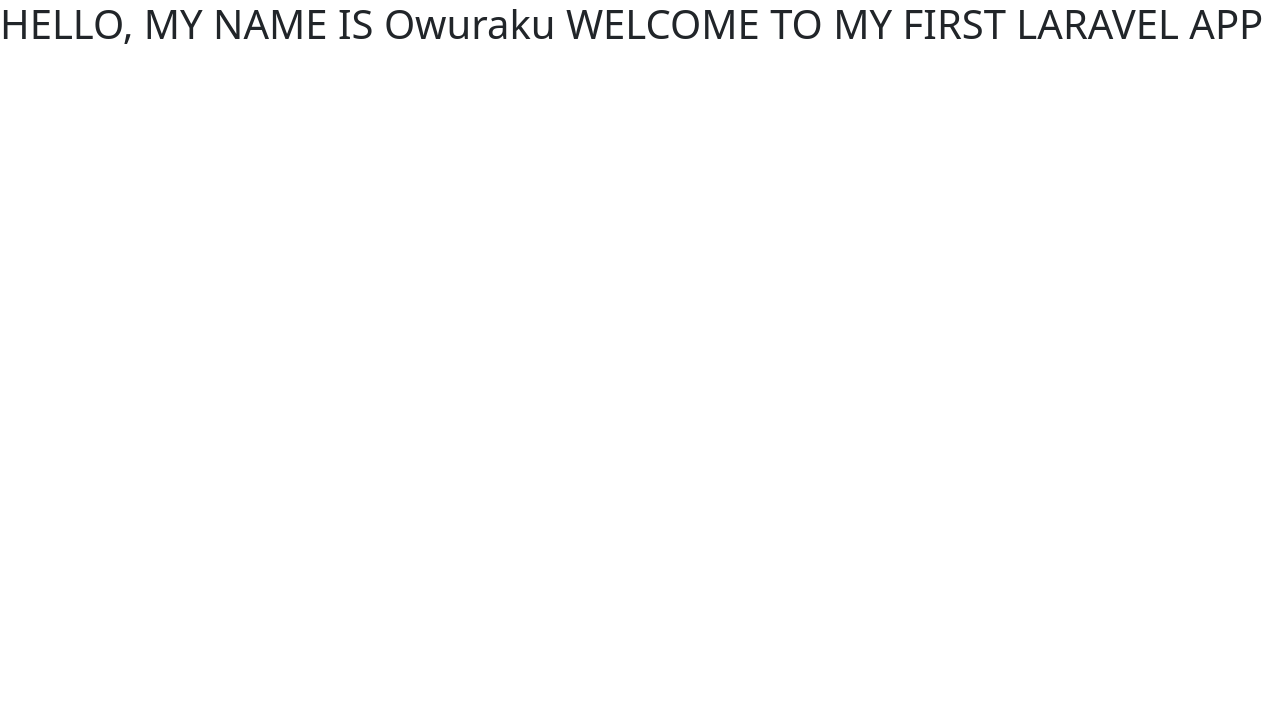
Repository: owuraku/laravel-class-dbc-26-1
Page: http://localhost/
These files come from the project's save history. The page is drawn as it stood at one moment and after the next save; the edit follows.
The browser window is 1280 px wide. The pictures show the whole page.
The page is served by the project's Laravel application, run on PHP 8.4 with Laravel 8. Other server files are loaded and not shown.

Above is the page before, as saved 2022-02-03 12:43:14.

### routes/web.php
<?php

use App\Http\Controllers\CourseController;
use Illuminate\Support\Facades\Route;


Route::get('/', function () {
    return view('welcome', ['name' => 'Owuraku']);
});

Route::get('/courses', [CourseController::class, 'showAllCourses']);

### resources/views/welcome.blade.php
<!DOCTYPE html>
<html lang="en">
<head>
    <meta charset="UTF-8">
    <meta http-equiv="X-UA-Compatible" content="IE=edge">
    <meta name="viewport" content="width=device-width, initial-scale=1.0">
    <title>Document</title>
    <!-- CSS only -->
    <link href="https://cdn.jsdelivr.net/npm/bootstrap@5.1.3/dist/css/bootstrap.min.css" rel="stylesheet" integrity="sha384-1BmE4kWBq78iYhFldvKuhfTAU6auU8tT94WrHftjDbrCEXSU1oBoqyl2QvZ6jIW3" crossorigin="anonymous">
</head>
<body>
    <h1>
        HELLO, MY NAME IS {{ $name }}
        WELCOME TO MY FIRST LARAVEL APP
    </h1>
<!-- JavaScript Bundle with Popper -->
<script src="https://cdn.jsdelivr.net/npm/bootstrap@5.1.3/dist/js/bootstrap.bundle.min.js" integrity="sha384-ka7Sk0Gln4gmtz2MlQnikT1wXgYsOg+OMhuP+IlRH9sENBO0LRn5q+8nbTov4+1p" crossorigin="anonymous"></script>
</body>
</html>

### resources/views/layout/master.blade.php
<!doctype html>
<html lang="en" class="h-100">
  <head>
    <meta charset="utf-8">
    <meta name="viewport" content="width=device-width, initial-scale=1">
    <meta name="description" content="">
    <meta name="author" content="Mark Otto, Jacob Thornton, and Bootstrap contributors">
    <meta name="generator" content="Hugo 0.88.1">
    <title>
        Student Registration
    </title>
    <!-- CSS only -->
    <link href="https://cdn.jsdelivr.net/npm/bootstrap@5.1.3/dist/css/bootstrap.min.css" rel="stylesheet" integrity="sha384-1BmE4kWBq78iYhFldvKuhfTAU6auU8tT94WrHftjDbrCEXSU1oBoqyl2QvZ6jIW3" crossorigin="anonymous">

    <style>
      .bd-placeholder-img {
        font-size: 1.125rem;
        text-anchor: middle;
        -webkit-user-select: none;
        -moz-user-select: none;
        user-select: none;
      }

      @media (min-width: 768px) {
        .bd-placeholder-img-lg {
          font-size: 3.5rem;
        }
      }
    </style>


    <!-- Custom styles for this template -->
    <link href="sticky-footer-navbar.css" rel="stylesheet">
  </head>
  <body class="d-flex flex-column h-100">

<header>
  <!-- Fixed navbar -->
  <nav class="navbar navbar-expand-md navbar-dark fixed-top bg-dark">
    <div class="container-fluid">
      <a class="navbar-brand" href="#">Fixed navbar</a>
      <button class="navbar-toggler" type="button" data-bs-toggle="collapse" data-bs-target="#navbarCollapse" aria-controls="navbarCollapse" aria-expanded="false" aria-label="Toggle navigation">
        <span class="navbar-toggler-icon"></span>
      </button>
      <div class="collapse navbar-collapse" id="navbarCollapse">
        <ul class="navbar-nav me-auto mb-2 mb-md-0">
          <li class="nav-item">
            <a class="nav-link active" aria-current="page" href="#">Home</a>
          </li>
          <li class="nav-item">
            <a class="nav-link" href="#">Link</a>
          </li>
          <li class="nav-item">
            <a class="nav-link disabled">Disabled</a>
          </li>
        </ul>
        <form class="d-flex">
          <input class="form-control me-2" type="search" placeholder="Search" aria-label="Search">
          <button class="btn btn-outline-success" type="submit">Search</button>
        </form>
      </div>
    </div>
  </nav>
</header>

<!-- Begin page content -->
<main class="flex-shrink-0">
  <div class="container">
    <h1 class="mt-5">Sticky footer with fixed navbar</h1>
    <p class="lead">Pin a footer to the bottom of the viewport in desktop browsers with this custom HTML and CSS. A fixed navbar has been added with <code class="small">padding-top: 60px;</code> on the <code class="small">main &gt; .container</code>.</p>
    <p>Back to <a href="../examples/sticky-footer/">the default sticky footer</a> minus the navbar.</p>
  </div>
</main>

<footer class="footer mt-auto py-3 bg-light">
  <div class="container">
    <span class="text-muted">Place sticky footer content here.</span>
  </div>
</footer>
<!-- JavaScript Bundle with Popper -->
<script src="https://cdn.jsdelivr.net/npm/bootstrap@5.1.3/dist/js/bootstrap.bundle.min.js" integrity="sha384-ka7Sk0Gln4gmtz2MlQnikT1wXgYsOg+OMhuP+IlRH9sENBO0LRn5q+8nbTov4+1p" crossorigin="anonymous"></script>
  </body>
</html>

Loaded but not shown: app/Providers/AppServiceProvider.php (common file)

After the next save:
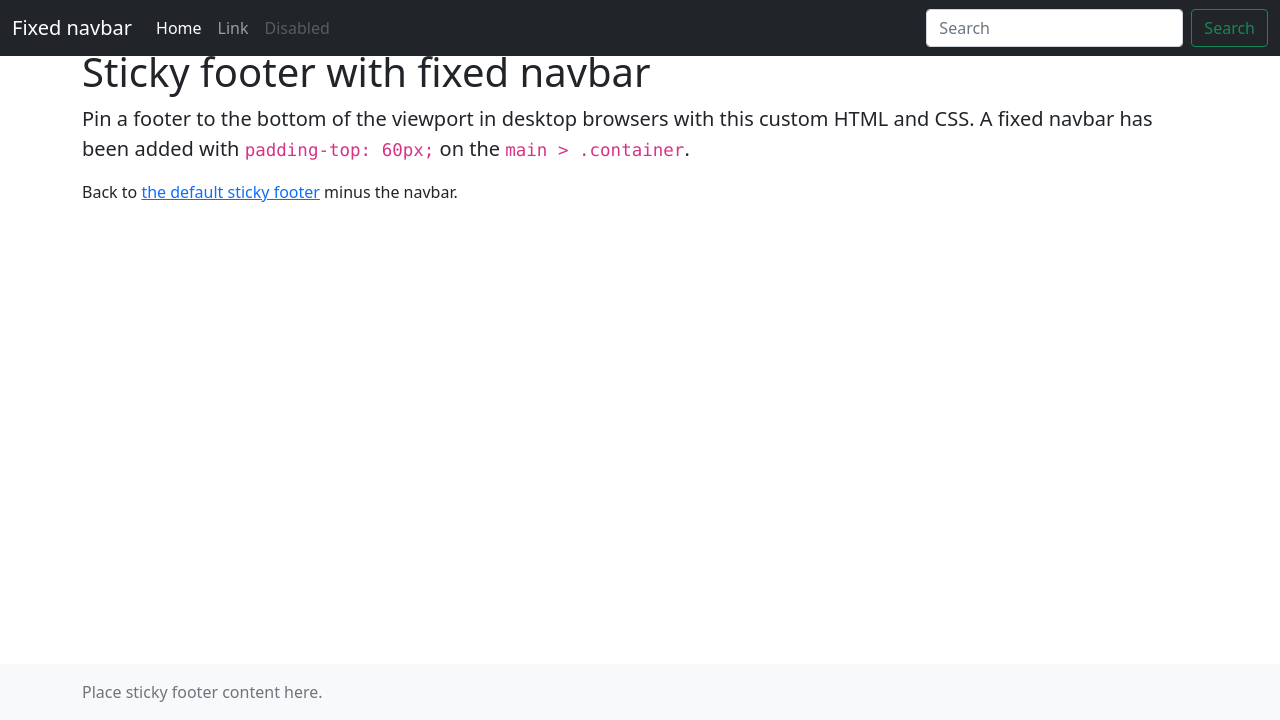
Saved 56 s later.
--- a/routes/web.php
+++ b/routes/web.php
@@ -5,7 +5,7 @@
 
 
 Route::get('/', function () {
-    return view('welcome', ['name' => 'Owuraku']);
+    return view('layout.master');
 });
 
 Route::get('/courses', [CourseController::class, 'showAllCourses']);
